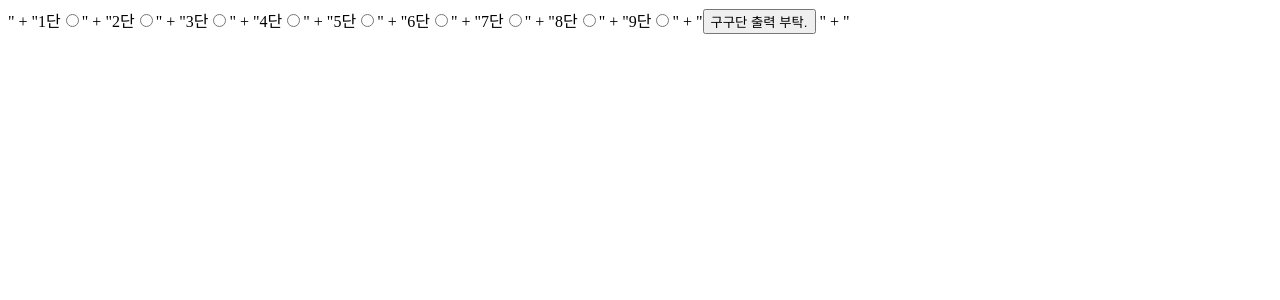
Repository: Moonsun23/jsp
Page: http://localhost/jsp01/gugudanFormRadio.jsp
An editor plug-in stored every save of this project. The page is shown before and after the next save, followed by the edit.
The browser window is 1280 px wide. The pictures show the whole page.
The page is served by Tomcat 9.

Above is the page before, as saved 2023-06-02 06:45:33.

After the next save:
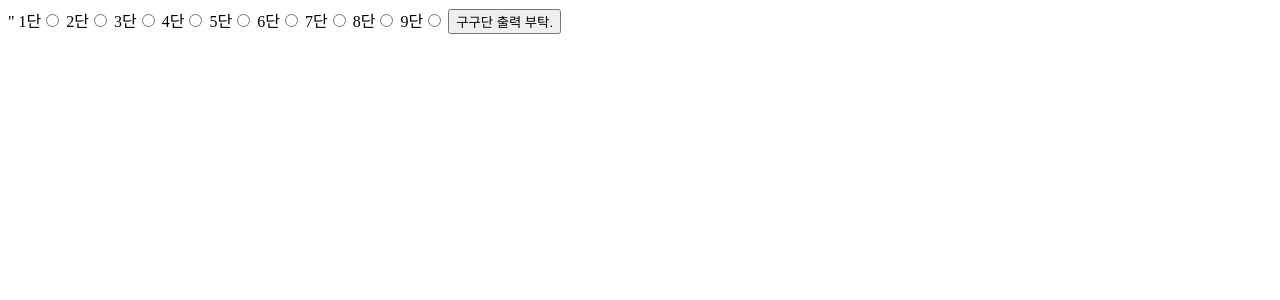
Saved 2 min 42 s later.
--- a/jsp01/src/main/webapp/gugudanFormRadio.jsp
+++ b/jsp01/src/main/webapp/gugudanFormRadio.jsp
@@ -7,17 +7,17 @@
 <title>Insert title here</title>
 </head>
 <body>
-	<form action='gugudanResult'>"
-				+ "<label><span>1단</span><input type='radio' name='dan' value='1'></label>"
-				+ "<label><span>2단</span><input type='radio' name='dan' value='2'></label>"
-				+ "<label><span>3단</span><input type='radio' name='dan' value='3'></label>"
-				+ "<label><span>4단</span><input type='radio' name='dan' value='4'></label>"
-				+ "<label><span>5단</span><input type='radio' name='dan' value='5'></label>"
-				+ "<label><span>6단</span><input type='radio' name='dan' value='6'></label>"
-				+ "<label><span>7단</span><input type='radio' name='dan' value='7'></label>"
-				+ "<label><span>8단</span><input type='radio' name='dan' value='8'></label>"
-				+ "<label><span>9단</span><input type='radio' name='dan' value='9'></label>"
-				+ "<button>구구단 출력 부탁.</button>   "
-				+ "</form>
+	<form action='gugudanResult.jsp'>"
+				<label><span>1단</span><input type='radio' name='dan' value='1'></label>
+				<label><span>2단</span><input type='radio' name='dan' value='2'></label>
+				<label><span>3단</span><input type='radio' name='dan' value='3'></label>
+				<label><span>4단</span><input type='radio' name='dan' value='4'></label>
+				<label><span>5단</span><input type='radio' name='dan' value='5'></label>
+				<label><span>6단</span><input type='radio' name='dan' value='6'></label>
+				<label><span>7단</span><input type='radio' name='dan' value='7'></label>
+				<label><span>8단</span><input type='radio' name='dan' value='8'></label>
+				<label><span>9단</span><input type='radio' name='dan' value='9'></label>
+				<button>구구단 출력 부탁.</button>
+				</form>
 </body>
 </html>
